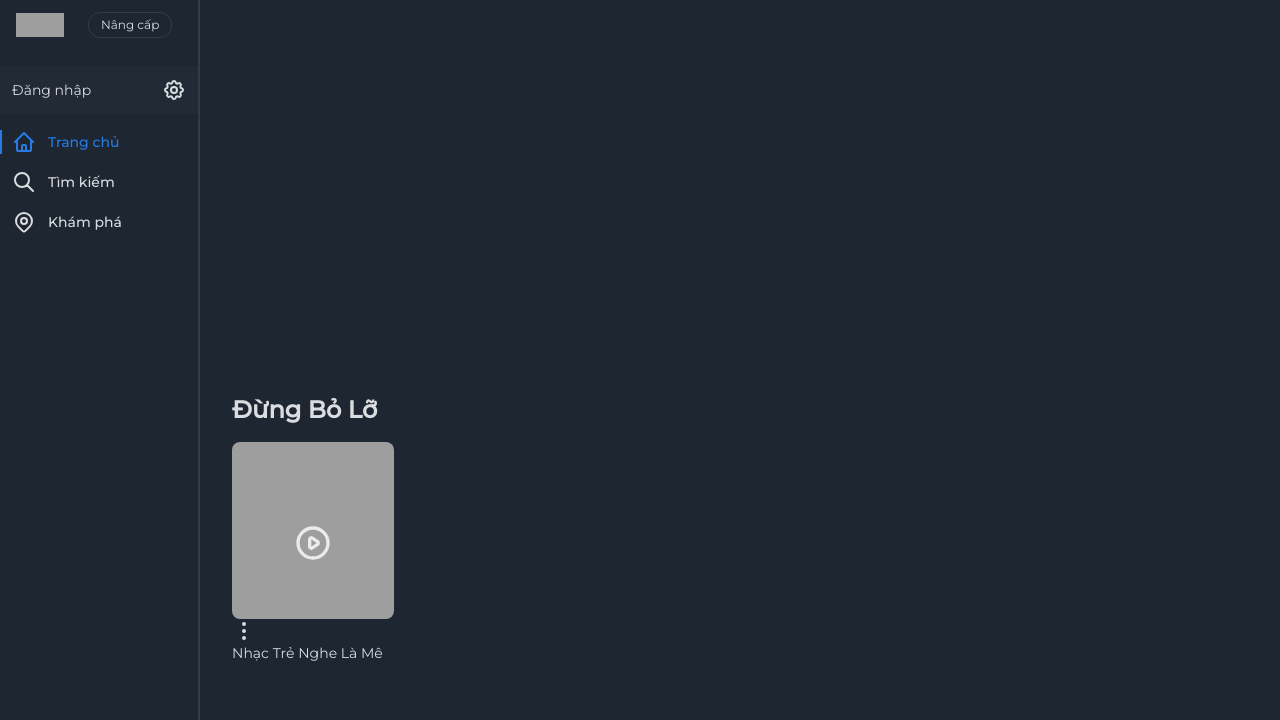
Repository: hoang0508/React-TypeScript-MP3
Page: /
These files come from the project's save history. The page is drawn as it stood at one moment and after the next save; the edit follows.
The browser window is 1280 px wide. The pictures show the whole page.
Pictures or frames that could not be fetched are drawn as grey boxes. The project was rebuilt for these pictures with package versions that can differ from the ones it lists, and the page was loaded fresh each time. Also part of the build but not shown: src/components/icon/IconDownLoad.tsx.

Above is the page before, as saved 2022-07-30 10:26:27.

After the next save:
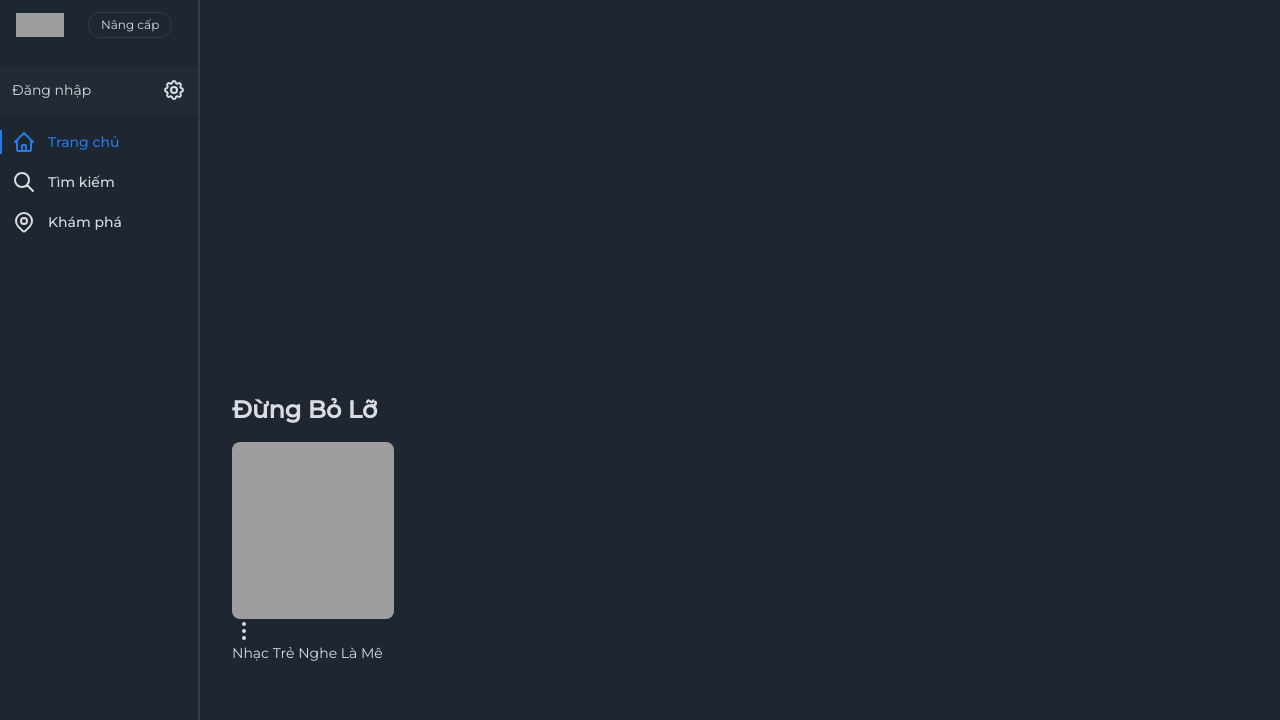
Saved 40 s later.
--- a/src/components/icon/IconPlay.tsx
+++ b/src/components/icon/IconPlay.tsx
@@ -1,12 +1,14 @@
 import * as React from "react";
 
-export interface IconPlayProps {}
+export interface IconPlayProps {
+  className?: string;
+}
 
-export default function IconPlay(props: IconPlayProps) {
+export default function IconPlay({ className }: IconPlayProps) {
   return (
     <svg
       xmlns="http://www.w3.org/2000/svg"
-      className="h-10  w-10"
+      className={className}
       fill="none"
       viewBox="0 0 24 24"
       stroke="currentColor"

After the save that followed:
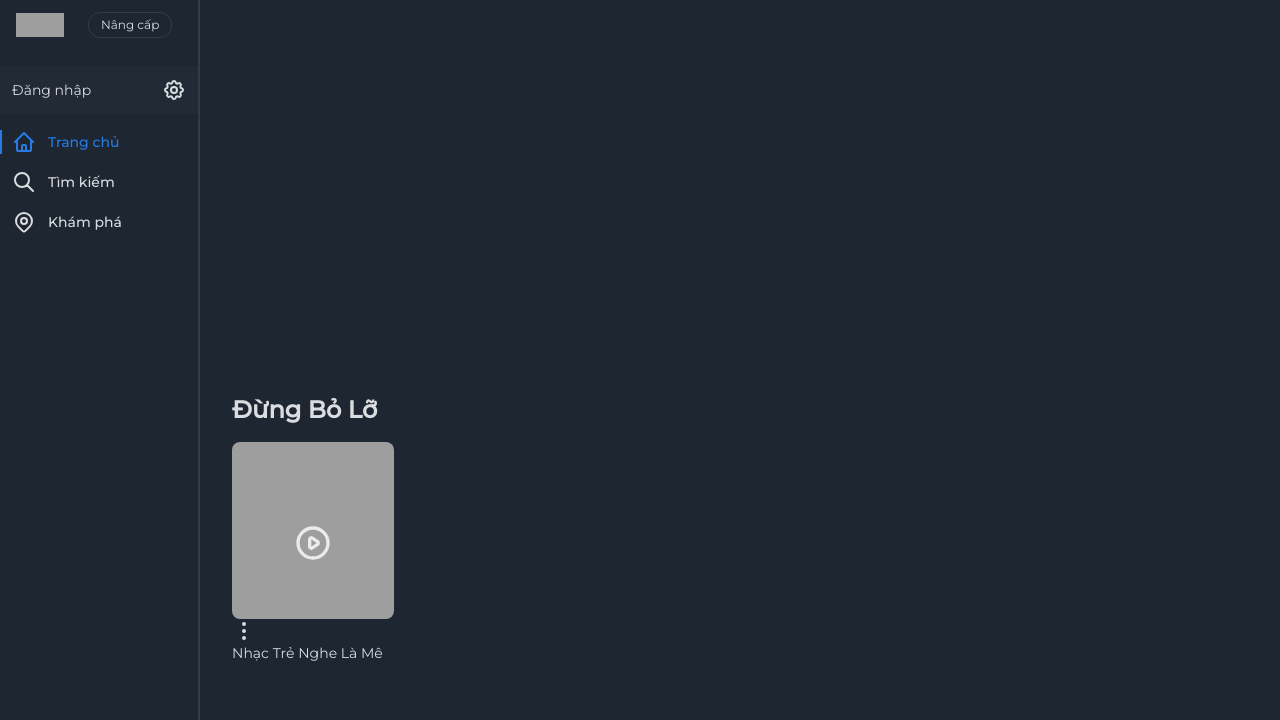
Saved 11 s later.
--- a/src/modules/music/MusicListFeed.tsx
+++ b/src/modules/music/MusicListFeed.tsx
@@ -39,7 +39,7 @@ export default function MusicListFeed({ heading }: MusicListFeedProps) {
               className="absolute top-2/4 left-2/4 -translate-x-2/4 -translate-y-2/4 cursor-pointer text-xl
             "
             >
-              <IconPlay></IconPlay>
+              <IconPlay className="w-10 h-10"></IconPlay>
             </span>
             <span>
               <IconDots></IconDots>
